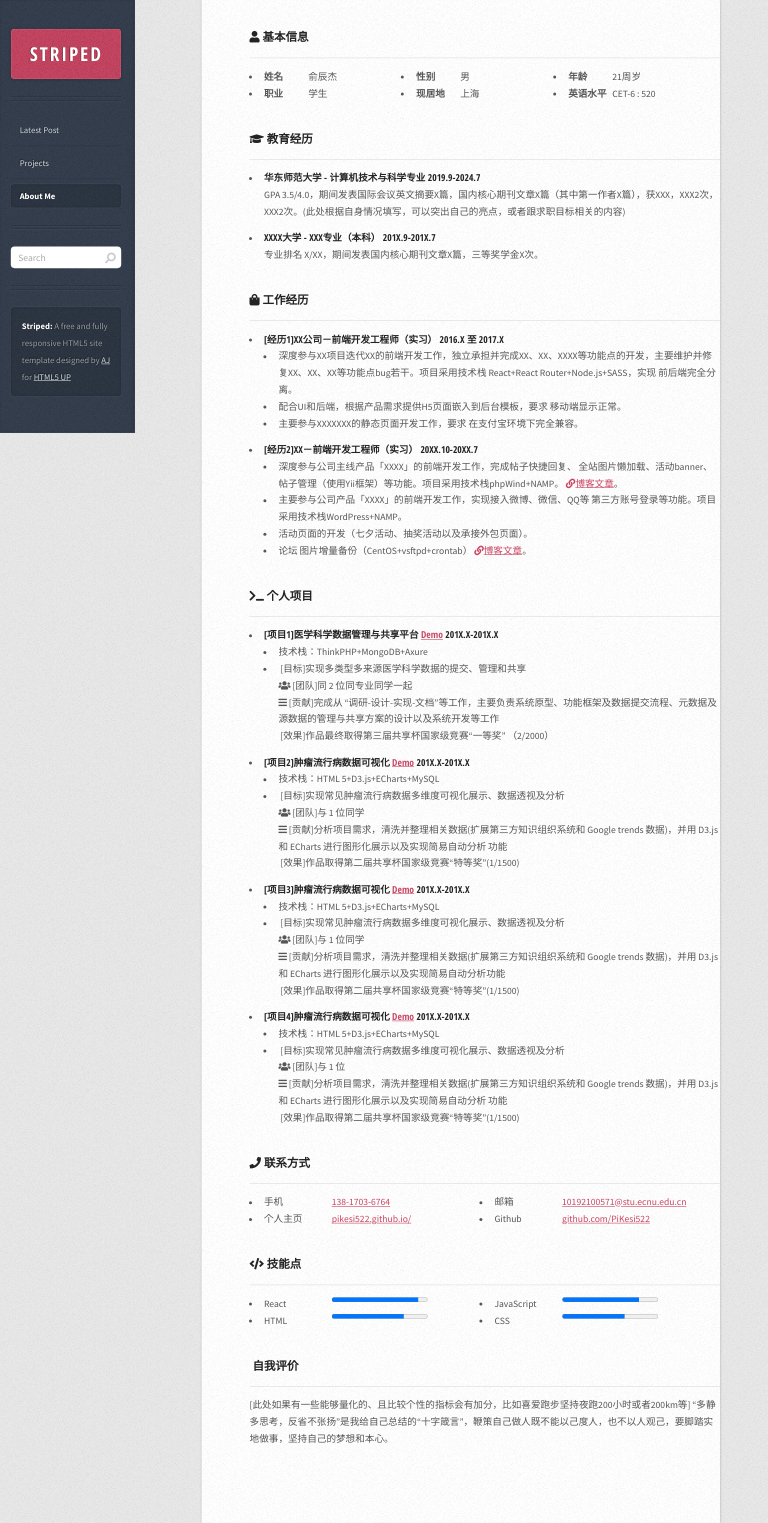
Repository: PiKesi522/PiKesi522.github.io
Page: about.html
The author's editor kept a copy of each file at every save. The page is drawn from the files as they stood at one save, then again after the next save.
The browser window is 1280 px wide. The pictures show the whole page, at 60% of full size.

Above is the page before, as saved 2023-04-10 18:05:42.

### about.html
<!DOCTYPE HTML>
<!--
	Striped by HTML5 UP
	html5up.net | @ajlkn
	Free for personal and commercial use under the CCA 3.0 license (html5up.net/license)
-->
<html>

<head>
    <title>Striped by HTML5 UP</title>
    <meta charset="utf-8" />
    <meta name="viewport" content="width=device-width, initial-scale=1, user-scalable=no" />
    <link rel="stylesheet" href="assets/css/main.css" />
</head>

<body class="is-preload">

    <!-- Content -->
    <div id="content">
        <div class="inner">

            <article class="container">
                <section class="side" id="side">
                    <!-- 个人肖像 -->
                    <!-- <section class="me"> -->

                    <!-- <h6 class="name" style="font-size: 30px;">PiKesi</h6> -->
                    <!-- <section class="portrait"> -->
                    <!-- 头像照片 -->
                    <!-- <img class="avatar" src="assets/images/avatar.jpg" style="padding-top: 1vh; width: 300px;" onload="loading()"> -->
                    <!-- </section> -->

                    <!-- </section> -->

                    <!-- 基本信息 -->
                    <section class="profile info-unit">
                        <h2>
                            <i class="fa fa-user" aria-hidden="true"></i> 基本信息
                        </h2>
                        <hr />
                        <ul style="display: grid;grid-template-columns:repeat(3, 33%);">
                            <li>
                                <div>
                                    <label style="font-weight: 600;">姓名</label>
                                    <span>俞辰杰</span>
                                </div>
                            </li>
                            <li>
                                <div>
                                    <label style="font-weight: 600;">性别</label>
                                    <span>男</span>
                                </div>
                            </li>
                            <li>
                                <div>
                                    <label style="font-weight: 600;">年龄</label>
                                    <span>21周岁</span>
                                </div>
                            </li>
                            <li>
                                <div>
                                    <label style="font-weight: 600;">职业</label>
                                    <span>学生</span>
                                </div>
                            </li>
                            <li>
                                <div>
                                    <label style="font-weight: 600;">现居地</label>
                                    <span>上海</span>
                                </div>
                            </li>
                            <li>
                                <div>
                                    <label style="font-weight: 600;">英语水平</label>
                                    <span>CET-6 : 520</span>
                                </div>
                            </li>
                            <!-- <li>
                                        <label>计算机水平</label>
                                        <span>软考中级</span>
                                    </li> -->
                        </ul>
                    </section>


                    <!--
                    <section class="qrcode info-unit">
                        <h2><i class="fa fa-qrcode" aria-hidden="true"></i>二维码</h2>
                        <hr />
                        <img src="https://github.com/if2er/FeZaoDuKe-Collection/blob/master/ifeees.jpg?raw=true"
                            style="width: 100%;" alt="">
                    </section> -->

                    <!-- 技术栈 -->
                    <!-- <div class="stack info-unit">
                                    <h2><i class="fa fa-code" aria-hidden="true"></i>其他</h2>
                                    <hr/>
                                    <ul>
                                        <li>
                                            <label>前端</label>
                                            <span>React、jQuery、微信小程序、Bootstrap、SASS、LESS</span>
                                        </li>
                                        <li>
                                            <label>后端</label>
                                            <span>Node.js、MySQL、MongoDB、WordPress、ThinkPHP</span>
                                        </li>
                                        <li>
                                            <label>其他</label>
                                            <span>Git、SVN、Markdown</span>
                                        </li>
                                    </ul>
                                </div> -->
                </section>

                <section class="main">

                    <!-- 教育经历 -->
                    <section class="edu info-unit">
                        <h2>
                            <i class="fa fa-graduation-cap" aria-hidden="true"></i> 教育经历
                        </h2>
                        <hr />
                        <ul>
                            <li>
                                <h3>
                                    <span>华东师范大学 - 计算机技术与科学专业</span>
                                    <time>2019.9-2024.7</time>
                                </h3>
                                <p>GPA
                                    <mark>3.5/4.0</mark>，期间发表国际会议英文摘要X篇，国内核心期刊文章X篇（其中第一作者X篇），获XXX，XXX2次，XXX2次。(此处根据自身情况填写，可以突出自己的亮点，或者跟求职目标相关的内容)
                                </p>
                            </li>
                            <li>
                                <h3>
                                    <span>XXXX大学 - XXX专业（本科）</span>
                                    <time>201X.9-201X.7</time>
                                </h3>
                                <p>专业排名
                                    <mark>X/XX</mark>，期间发表国内核心期刊文章X篇，三等奖学金X次。
                                </p>
                            </li>
                        </ul>
                    </section>

                    <!-- 工作经历 -->
                    <section class="work info-unit">
                        <h2>
                            <i class="fa fa-shopping-bag" aria-hidden="true"></i> 工作经历
                        </h2>
                        <hr />
                        <ul>
                            <li>
                                <h3>
                                    <span>[经历1]XX公司－前端开发工程师（实习）</span>
                                    <time>2016.X 至 2017.X</time>
                                </h3>
                                <ul class="info-content">
                                    <li>深度参与XX项目迭代XX的前端开发工作，独立承担并完成XX、XX、XXXX等功能点的开发，主要维护并修复XX、XX、XX等功能点bug若干。项目采用技术栈
                                        <mark>React+React Router+Node.js+SASS</mark>，实现
                                        <mark>前后端完全分离</mark>。
                                    </li>
                                    <li>配合UI和后端，根据产品需求提供H5页面嵌入到后台模板，要求
                                        <mark>移动端显示正常</mark>。
                                    </li>
                                    <li>主要参与XXXXXXX的静态页面开发工作，要求
                                        <mark>在支付宝环境下完全兼容</mark>。
                                    </li>
                                </ul>
                            </li>
                            <li>
                                <h3>
                                    <span>[经历2]XX－前端开发工程师（实习）</span>
                                    <time>20XX.10-20XX.7</time>
                                </h3>
                                <ul class="info-content">
                                    <li>深度参与公司主线产品「XXXX」的前端开发工作，完成帖子快捷回复、
                                        <mark>全站图片懒加载</mark>、活动banner、帖子管理（使用Yii框架）等功能。项目采用技术栈phpWind+NAMP。
                                        <a href="http://itsay.tech/162/" target="_blank">
                                            <i class="fa fa-link" aria-hidden="true"></i>博客文章</a>。
                                    </li>
                                    <li>主要参与公司产品「XXXX」的前端开发工作，实现接入微博、微信、QQ等
                                        <mark>第三方账号登录</mark>等功能。项目采用技术栈WordPress+NAMP。
                                    </li>
                                    <li>活动页面的开发（七夕活动、抽奖活动以及承接外包页面）。</li>
                                    <li>论坛
                                        <mark>图片增量备份</mark>（CentOS+vsftpd+crontab）
                                        <a href="#" target="_blank">
                                            <i class="fa fa-link" aria-hidden="true"></i>博客文章</a>。
                                    </li>
                                </ul>
                            </li>
                        </ul>
                    </section>

                    <!-- 项目经验 -->
                    <section class="project info-unit">
                        <h2>
                            <i class="fa fa-terminal" aria-hidden="true"></i> 个人项目
                        </h2>
                        <hr />
                        <ul>
                            <li>
                                <h3>
                                    <span>[项目1]医学科学数据管理与共享平台</span>
                                    <span class="link">
                                        <a href="#" target="_blank">Demo</a>
                                    </span>
                                    <time>201X.X-201X.X</time>
                                </h3>
                                <ul class="info-content">
                                    <li>技术栈：ThinkPHP+MongoDB+Axure</li>
                                    <li>
                                        <i class="fa fa-paper-plane-o" aria-hidden="true"></i>
                                        [目标]实现多类型多来源医学科学数据的提交、管理和共享
                                        <br />
                                        <i class="fa fa-users" aria-hidden="true"></i>
                                        [团队]同 2 位同专业同学一起
                                        <br />
                                        <i class="fa fa-bars" aria-hidden="true"></i>
                                        [贡献]完成从
                                        <mark>“调研-设计-实现-文档”</mark>等工作，主要负责系统原型、功能框架及数据提交流程、元数据及源数据的管理与共享方案的设计以及系统开发等工作
                                        <br />
                                        <i class="fa fa-thumbs-o-up" aria-hidden="true"></i>
                                        [效果]作品最终取得第三届共享杯国家级竞赛“一等奖” （2/2000）
                                    </li>
                                </ul>
                            </li>
                            <li>
                                <h3>
                                    <span>[项目2]肿瘤流行病数据可视化</span>
                                    <span class="link">
                                        <a href="#" target="_blank">Demo</a>
                                    </span>
                                    <time>201X.X-201X.X</time>
                                </h3>
                                <ul class="info-content">
                                    <li>技术栈：HTML 5+D3.js+ECharts+MySQL</li>
                                    <li>
                                        <i class="fa fa-paper-plane-o" aria-hidden="true"></i>
                                        [目标]实现常见肿瘤流行病数据多维度可视化展示、数据透视及分析
                                        <br />
                                        <i class="fa fa-users" aria-hidden="true"></i>
                                        [团队]与 1 位同学
                                        <br />
                                        <i class="fa fa-bars" aria-hidden="true"></i>
                                        [贡献]分析项目需求，清洗并整理相关数据(扩展第三方知识组织系统和 Google trends 数据)，并用
                                        <mark>D3.js</mark> 和
                                        <mark>ECharts</mark> 进行图形化展示以及实现简易自动分析 功能
                                        <br />
                                        <i class="fa fa-thumbs-o-up" aria-hidden="true"></i>
                                        [效果]作品取得第二届共享杯国家级竞赛“特等奖”(1/1500)
                                    </li>
                                </ul>
                            </li>
                            <li>
                                <h3>
                                    <span>[项目3]肿瘤流行病数据可视化</span>
                                    <span class="link">
                                        <a href="#" target="_blank">Demo</a>
                                    </span>
                                    <time>201X.X-201X.X</time>
                                </h3>
                                <ul class="info-content">
                                    <li>技术栈：HTML 5+D3.js+ECharts+MySQL</li>
                                    <li>
                                        <i class="fa fa-paper-plane-o" aria-hidden="true"></i>
                                        [目标]实现常见肿瘤流行病数据多维度可视化展示、数据透视及分析
                                        <br />
                                        <i class="fa fa-users" aria-hidden="true"></i>
                                        [团队]与 1 位同学
                                        <br />
                                        <i class="fa fa-bars" aria-hidden="true"></i>
                                        [贡献]分析项目需求，清洗并整理相关数据(扩展第三方知识组织系统和 Google trends 数据)，并用
                                        <mark>D3.js</mark> 和
                                        <mark>ECharts</mark> 进行图形化展示以及实现简易自动分析功能
                                        <br />
                                        <i class="fa fa-thumbs-o-up" aria-hidden="true"></i>
                                        [效果]作品取得第二届共享杯国家级竞赛“特等奖”(1/1500)
                                    </li>
                                </ul>
                            </li>
                            <li>
                                <h3>
                                    <span>[项目4]肿瘤流行病数据可视化</span>
                                    <span class="link">
                                        <a href="#" target="_blank">Demo</a>
                                    </span>
                                    <time>201X.X-201X.X</time>
                                </h3>
                                <ul class="info-content">
                                    <li>技术栈：HTML 5+D3.js+ECharts+MySQL</li>
                                    <li>
                                        <i class="fa fa-paper-plane-o" aria-hidden="true"></i>
                                        [目标]实现常见肿瘤流行病数据多维度可视化展示、数据透视及分析
                                        <br />
                                        <i class="fa fa-users" aria-hidden="true"></i>
                                        [团队]与 1 位
                                        <br />
                                        <i class="fa fa-bars" aria-hidden="true"></i>
                                        [贡献]分析项目需求，清洗并整理相关数据(扩展第三方知识组织系统和 Google trends 数据)，并用
                                        <mark>D3.js</mark> 和
                                        <mark>ECharts</mark> 进行图形化展示以及实现简易自动分析 功能
                                        <br />
                                        <i class="fa fa-thumbs-o-up" aria-hidden="true"></i>
                                        [效果]作品取得第二届共享杯国家级竞赛“特等奖”(1/1500)
                                    </li>
                                </ul>
                            </li>

                        </ul>
                    </section>

                    <!-- 联系方式 -->
                    <section class="contact info-unit">
                        <h2>
                            <i class="fa fa-phone" aria-hidden="true"></i> 联系方式
                        </h2>
                        <hr />
                        <ul style="display: grid; grid-template-columns:repeat(2, 50%);">
                            <li>
                                <div>
                                    <label>手机</label>
                                    <a href="#" target="_blank">138-1703-6764</a>
                                </div>
                            </li>
                            <li>
                                <div>
                                    <label>邮箱</label>
                                    <a href="mailto:10192100571@stu.ecnu.edu.cn"
                                        target="_blank">10192100571@stu.ecnu.edu.cn</a>
                                </div>
                            </li>
                            <li>
                                <div>
                                    <label>个人主页</label>
                                    <a href="https://pikesi522.github.io/" target="_blank">pikesi522.github.io/</a>
                                </div>
                            </li>
                            <li>
                                <div>
                                    <label>Github</label>
                                    <a href="https://github.com/PiKesi522" target="_blank">github.com/PiKesi522</a>
                                </div>
                            </li>
                        </ul>
                    </section>

                    <!-- 技能点 -->
                    <section class="skill info-unit">
                        <h2>
                            <i class="fa fa-code" aria-hidden="true"></i> 技能点
                        </h2>
                        <hr />
                        <ul style="display: grid; grid-template-columns:repeat(2, 50%);">
                            <li>
                                <div style="display: grid; grid-template-columns: 30% 70%;">
                                    <label>React</label>
                                    <div>
                                        <progress value="90" max="100"></progress>
                                    </div>
                                </div>
                            </li>
                            <li>
                                <div style="display: grid; grid-template-columns: 30% 70%;">
                                    <label>JavaScript</label>
                                    <div>
                                        <progress value="80" max="100"></progress>
                                    </div>
                                </div>
                            </li>
                            <li>
                                <div style="display: grid; grid-template-columns: 30% 70%;">
                                    <label>HTML</label>
                                    <div>
                                        <progress value="75" max="100"></progress>
                                    </div>
                                </div>
                            </li>
                            <li>
                                <div style="display: grid; grid-template-columns: 30% 70%;">
                                    <label>CSS</label>
                                    <div>
                                        <progress value="65" max="100"></progress>
                                    </div>
                                </div>
                            </li>
                        </ul>
                    </section>

                    <!-- 自我评价 -->
                    <section class="work info-unit">
                        <h2>
                            <i class="fa fa-pencil" aria-hidden="true"></i> 自我评价
                        </h2>
                        <hr />
                        <p>[此处如果有一些能够量化的、且比较个性的指标会有加分，比如喜爱跑步坚持夜跑200小时或者200km等]
                            <span
                                class="mark-txt">“多静多思考，反省不张扬”</span>是我给自己总结的“十字箴言”，鞭策自己做人既不能以己度人，也不以人观己，要脚踏实地做事，坚持自己的梦想和本心。
                        </p>
                    </section>
                </section>
            </article>

        </div>
    </div>

    <!-- Sidebar -->
    <div id="sidebar">

        <!-- Logo -->
        <h1 id="logo"><a href="#">STRIPED</a></h1>

        <!-- Nav -->
        <nav id="nav">
            <ul>
                <li><a href="index.html">Latest Post</a></li>
                <li><a href="projects.html">Projects</a></li>
                <li class="current"><a href="about.html">About Me</a></li>
                <!-- <li><a href="#">Contact Me</a></li> -->
            </ul>
        </nav>

        <!-- Search -->
        <section class="box search">
            <form method="post" action="#">
                <input type="text" class="text" name="search" placeholder="Search" />
            </form>
        </section>

        <!-- Text -->
        <section class="box text-style1">
            <div class="inner">
                <p>
                    <strong>Striped:</strong> A free and fully responsive HTML5 site
                    template designed by <a href="http://twitter.com/ajlkn">AJ</a> for <a
                        href="http://html5up.net/">HTML5 UP</a>
                </p>
            </div>
        </section>
    </div>

    <!-- Scripts -->
    <script src="assets/js/jquery.min.js"></script>
    <script src="assets/js/browser.min.js"></script>
    <script src="assets/js/breakpoints.min.js"></script>
    <script src="assets/js/util.js"></script>
    <script src="assets/js/main.js"></script>

</body>

</html>

Loaded but not shown: assets/js/jquery.min.js (library); assets/js/browser.min.js (common file); assets/js/breakpoints.min.js (common file); assets/css/fontawesome-all.min.css (library); assets/js/util.js (587 lines, source omitted); assets/css/main.css (3019 lines, source omitted); public/assets/js/main.js (no copy from this time; the picture is the same without it)

After the next save:
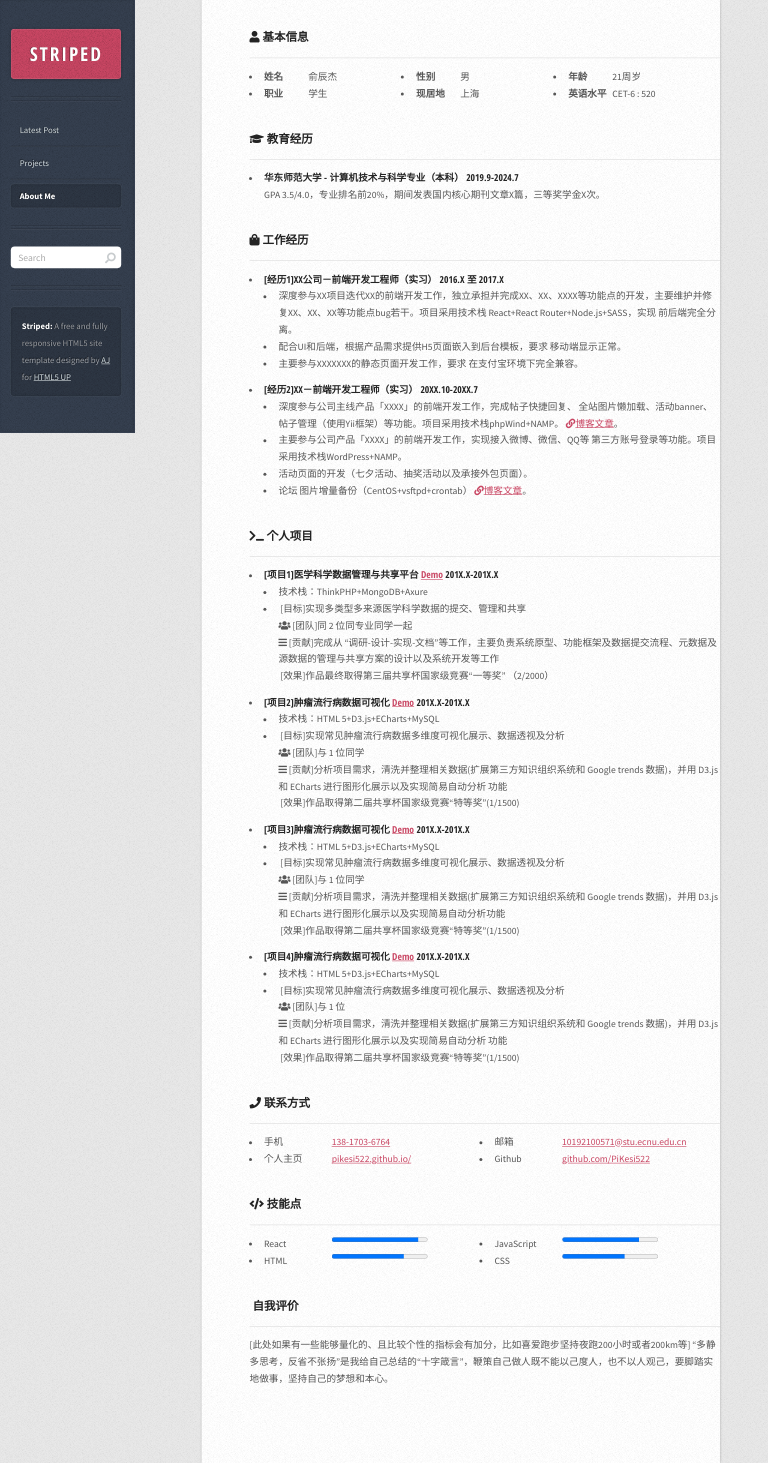
Saved 43 min 0 s later.
--- a/about.html
+++ b/about.html
@@ -121,7 +121,7 @@
                         </h2>
                         <hr />
                         <ul>
-                            <li>
+                            <!-- <li>
                                 <h3>
                                     <span>华东师范大学 - 计算机技术与科学专业</span>
                                     <time>2019.9-2024.7</time>
@@ -129,14 +129,14 @@
                                 <p>GPA
                                     <mark>3.5/4.0</mark>，期间发表国际会议英文摘要X篇，国内核心期刊文章X篇（其中第一作者X篇），获XXX，XXX2次，XXX2次。(此处根据自身情况填写，可以突出自己的亮点，或者跟求职目标相关的内容)
                                 </p>
-                            </li>
-                            <li>
-                                <h3>
-                                    <span>XXXX大学 - XXX专业（本科）</span>
-                                    <time>201X.9-201X.7</time>
-                                </h3>
-                                <p>专业排名
-                                    <mark>X/XX</mark>，期间发表国内核心期刊文章X篇，三等奖学金X次。
+                            </li> -->
+                            <li>
+                                <h3>
+                                    <span>华东师范大学 - 计算机技术与科学专业（本科）</span>
+                                    <time>2019.9-2024.7</time>
+                                </h3>
+                                <p>GPA
+                                    <mark>3.5/4.0</mark>，专业排名前20%，期间发表国内核心期刊文章X篇，三等奖学金X次。
                                 </p>
                             </li>
                         </ul>
